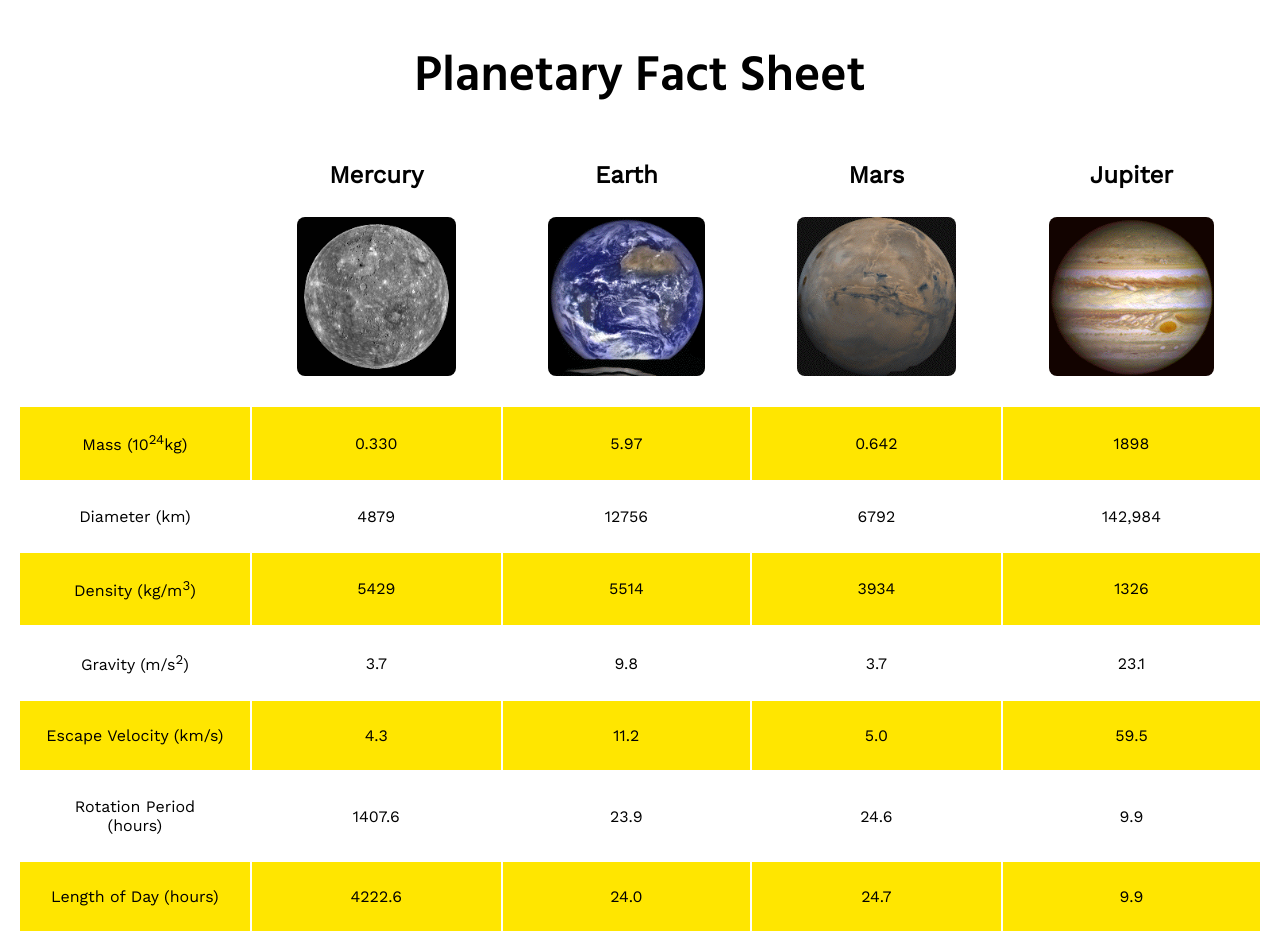
Repository: rishondass/ITMD361-Lab5
Page: index.html
The author's editor kept a copy of each file at every save. The page is drawn from the files as they stood at one save, then again after the next save.
The browser window is 1280 px wide. The pictures show the whole page.

Above is the page before, as saved 2023-02-22 19:29:17.

### index.html
<!DOCTYPE html>
<html lang="en">
<head>
  <meta charset="utf-8">
  <title>Planetary Fact Sheet</title>
  <link rel="stylesheet" href="css/style.css">
  <link rel="preconnect" href="https://fonts.googleapis.com">
  <link rel="preconnect" href="https://fonts.gstatic.com" crossorigin>
  <link href="https://fonts.googleapis.com/css2?family=Hind+Siliguri:wght@600&family=Work+Sans&display=swap" rel="stylesheet">
</head>
<body>
  <h1 id="pageTitle">Planetary Fact Sheet</h1>
  <table id="planets">
    <thead>
      <tr>
        <th></th>
        <th>Mercury</th>
        <th>Earth</th>
        <th>Mars</th>
        <th>Jupiter</th>
      </tr>
    </thead>
    <tbody>
      <tr>
        <td></td>
        <td><img class="planetImage" src="images/mercury.gif" alt="image_of_Mercury"></td>
        <td><img class="planetImage" src="images/earth.gif" alt="image_of_Earth"></td>
        <td><img class="planetImage" src="images/mars.gif" alt="image_of_Mars"></td>
        <td><img class="planetImage" src="images/jupiter.gif" alt="image_of_Jupiter"></td>
      </tr>
      <tr class="data">
        <td>Mass (10<sup>24</sup>kg)</td>
        <td>0.330</td>
        <td>5.97</td>
        <td>0.642</td>
        <td>1898</td>
      </tr>
      <tr class="data">
        <td>Diameter (km)</td>
        <td>4879</td>
        <td>12756</td>
        <td>6792</td>
        <td>142,984</td>
      </tr>
      <tr class="data">
        <td>Density (kg/m<sup>3</sup>)</td>
        <td>5429</td>
        <td>5514</td>
        <td>3934</td>
        <td>1326</td>
      </tr>
      <tr class="data">
        <td>Gravity (m/s<sup>2</sup>)</td>
        <td>3.7</td>
        <td>9.8</td>
        <td>3.7</td>
        <td>23.1</td>
      </tr>
      <tr class="data">
        <td>Escape Velocity (km/s)</td>
        <td>4.3</td>
        <td>11.2</td>
        <td>5.0</td>
        <td>59.5</td>
      </tr>
      <tr class="data">
        <td>Rotation Period (hours)</td>
        <td>1407.6</td>
        <td>23.9</td>
        <td>24.6</td>
        <td>9.9</td>
      </tr>
      <tr class="data">
        <td>Length of Day (hours)</td>
        <td>4222.6</td>
        <td>24.0</td>
        <td>24.7</td>
        <td>9.9</td>
      </tr>
    </tbody>
  </table>
</body>

### css/style.css

#pageTitle {
  font-family: 'Hind Siliguri', sans-serif;
  text-align: center;
  font-size: 50px;
}

#planets {
	border: none;
  padding: 10px;
  /* background-color: aqua; */
  width: 100%;
  text-align: center;
  font-family: 'Work Sans', sans-serif;

}

#planets thead{
  font-size: 24px;
}

#planets tr td{
  padding: 25px;
}

#planets tr:nth-child(even){
  background-color: rgb(255, 230, 0);
}

.planetImage {
  border-radius: 8px;
  width: 80%;
}

After the next save:
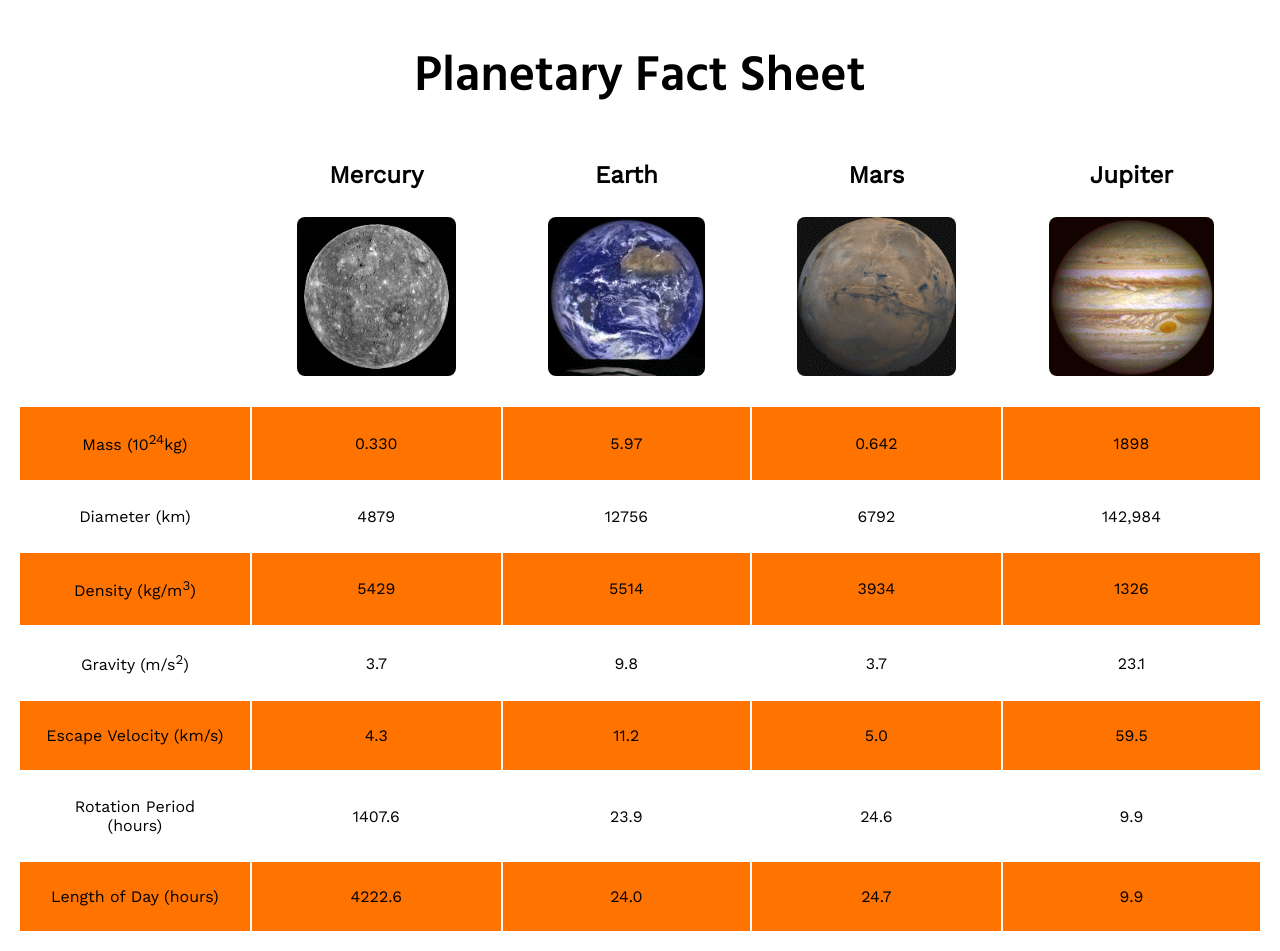
Saved 35 s later.
--- a/css/style.css
+++ b/css/style.css
@@ -24,7 +24,7 @@
 }
 
 #planets tr:nth-child(even){
-  background-color: rgb(255, 230, 0);
+  background-color: rgb(255, 115, 0);
 }
 
 .planetImage {
